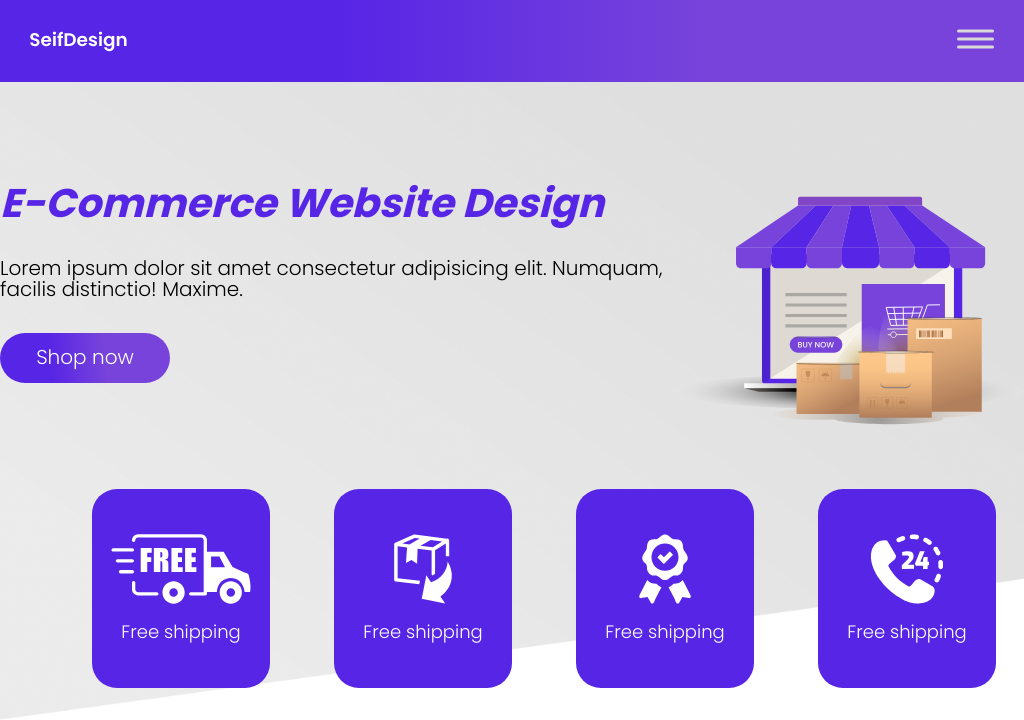
Repository: simralgasimov/newpage
Page: index.html
The author's editor kept a copy of each file at every save. The page is drawn from the files as they stood at one save, then again after the next save.
The browser window is 1024 px wide. The pictures show the whole page.
The style sheet was rebuilt from its Sass, Less or Tailwind sources for each picture, by a compiler version that may differ from the author's.

Above is the page before, as saved 2023-12-13 15:11:33.
Not found: index.js

After the next save:
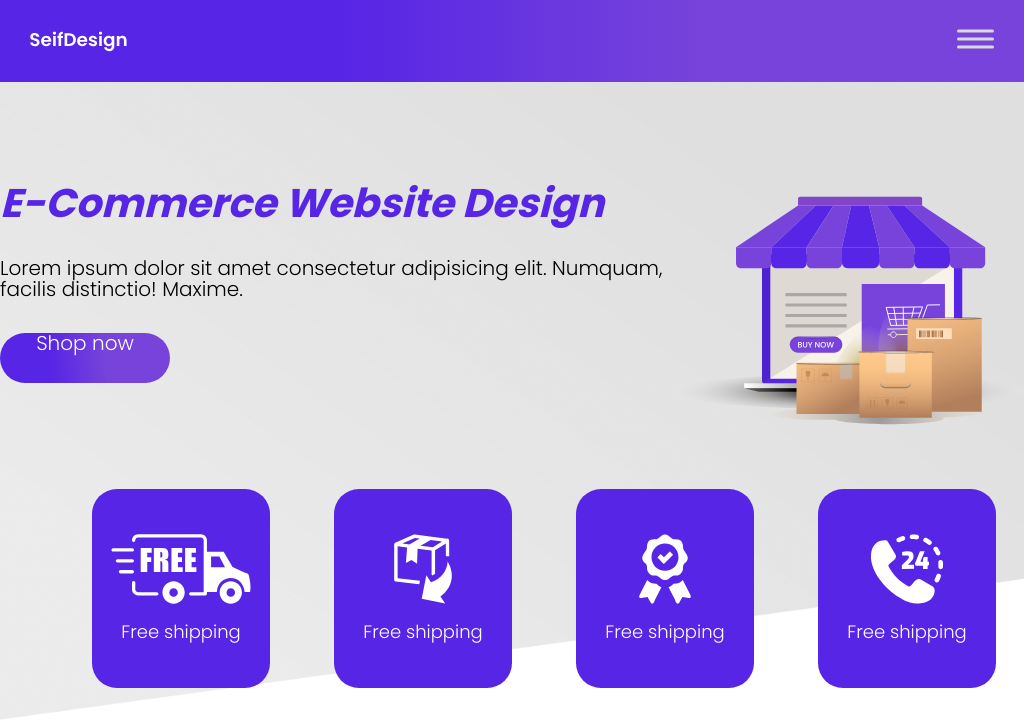
Saved 4 s later.
--- a/index.scss
+++ b/index.scss
@@ -121,7 +121,10 @@
           font-style: normal;
           font-weight: 400;
           line-height: 109%; /* 21.8px */
-
+          @media screen and (max-width: 1024px) {
+            width: 170px;
+            height: 50px;
+        }
         }
       }
     }

After the 3 saves that followed:
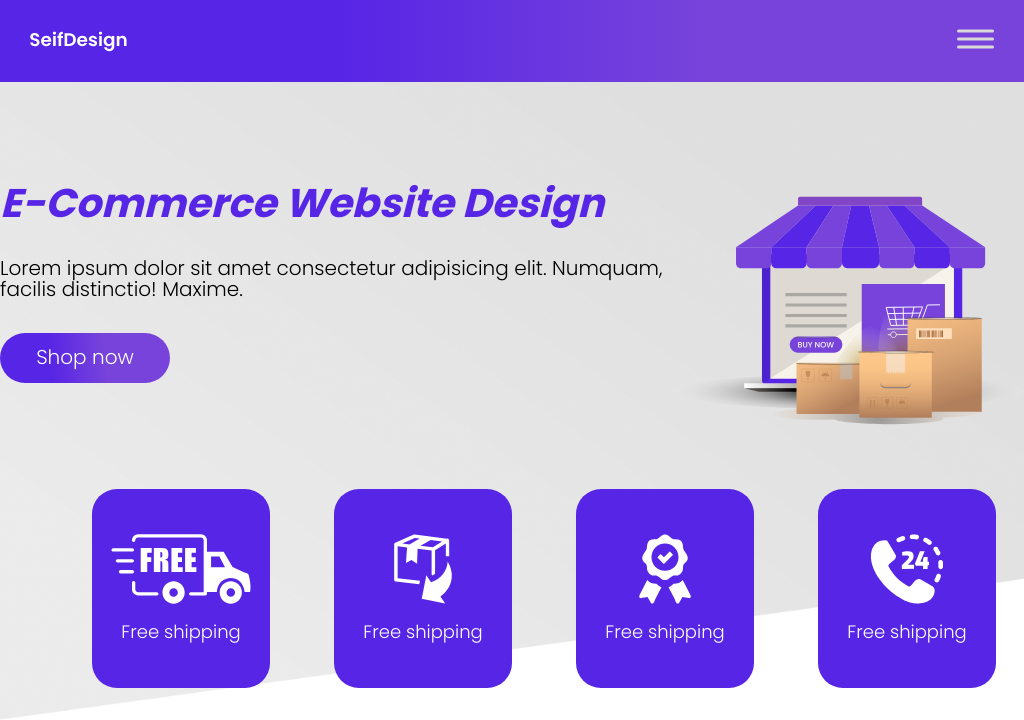
The 3 saves are shown as one change because 1 did not build or start and some came seconds apart.
The last was saved 13 s later.
--- a/index.scss
+++ b/index.scss
@@ -122,8 +122,7 @@
           font-weight: 400;
           line-height: 109%; /* 21.8px */
           @media screen and (max-width: 1024px) {
-            width: 170px;
-            height: 50px;
+        font-size: 20px;
         }
         }
       }
